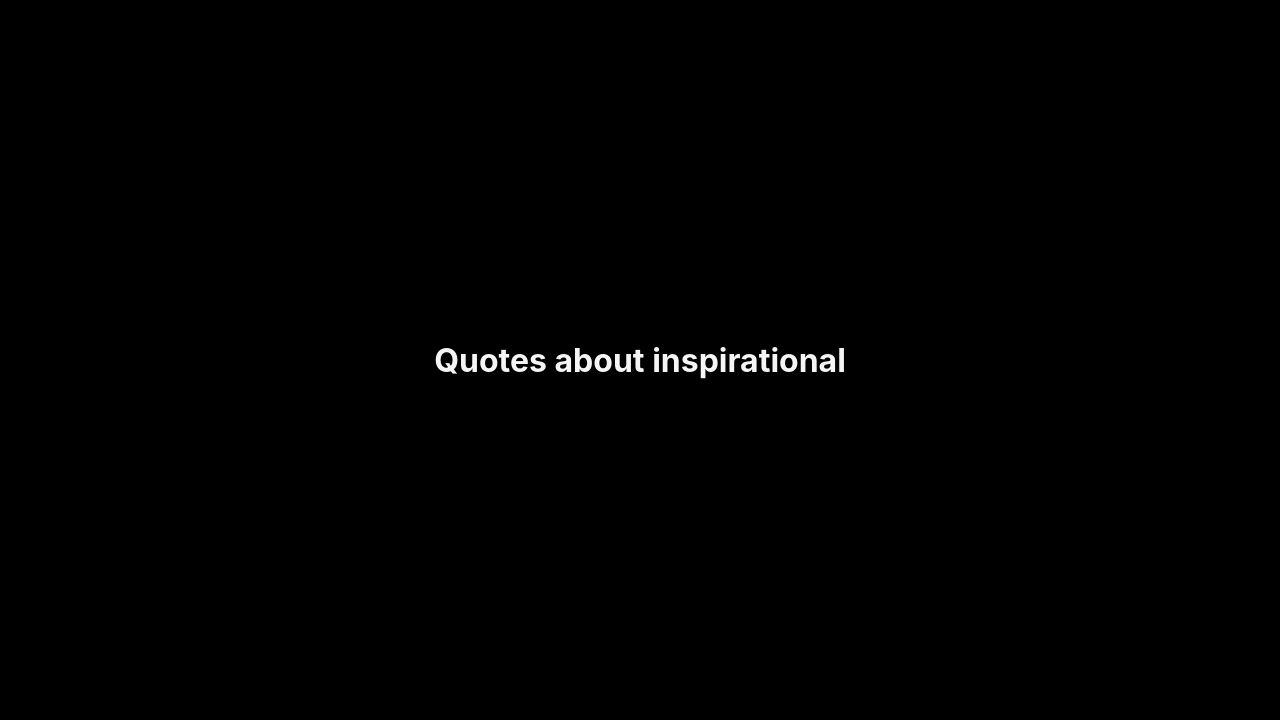
Repository: Bhavik-Sanghar/Quote-app
Page: /
An editor plug-in stored every save of this project. The page is shown before and after the next save, followed by the edit.
The browser window is 1280 px wide. The pictures show the whole page.
The page's requests for data from a server got no answer. The project was rebuilt for these pictures with package versions that can differ from the ones it lists, and the page was loaded fresh each time. No one was signed in, and anything a server would have sent is missing. Also part of the build but not shown: src/styles.css.

Above is the page before, as saved 2023-08-18 14:42:48.

After the next save:
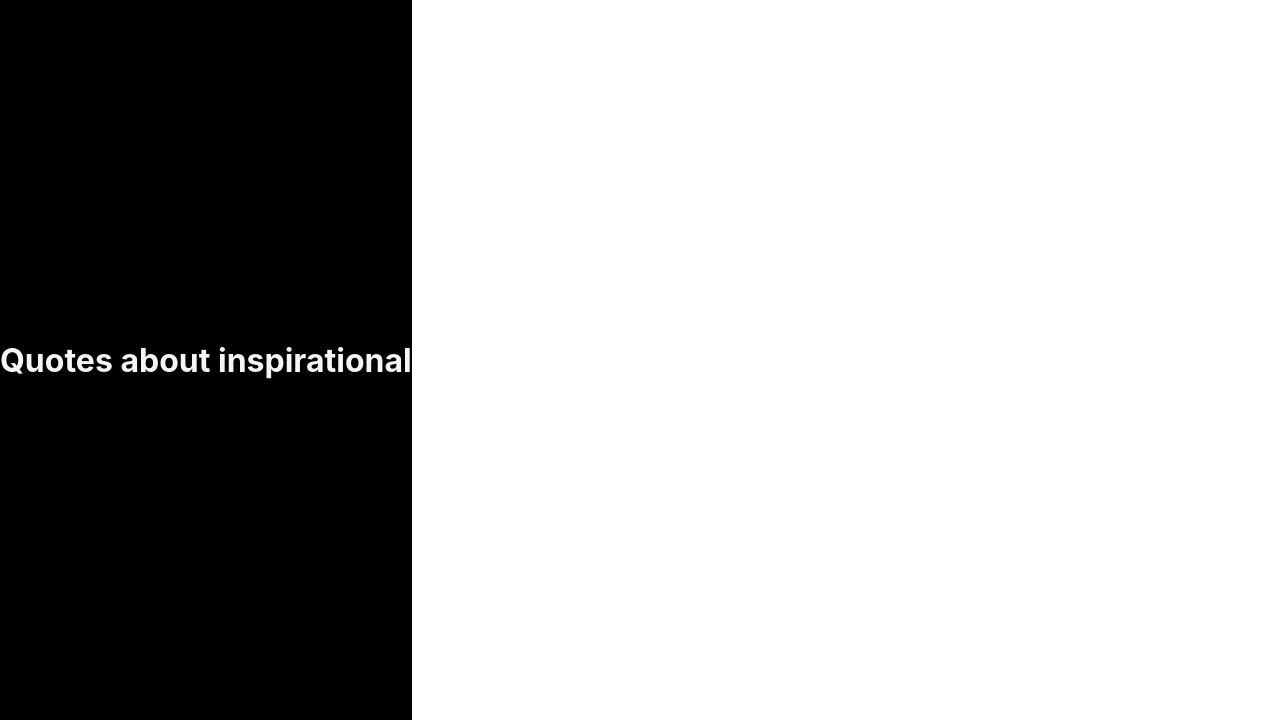
Saved 24 s later.
--- a/src/components/New.css
+++ b/src/components/New.css
@@ -17,6 +17,10 @@
   text-align: center;
 }
 
+.quote-container{
+  display: flex;
+}
+
 .author {
   font: normal 1.2em "Josefin Sans", sans-serif;
   text-decoration: none;
